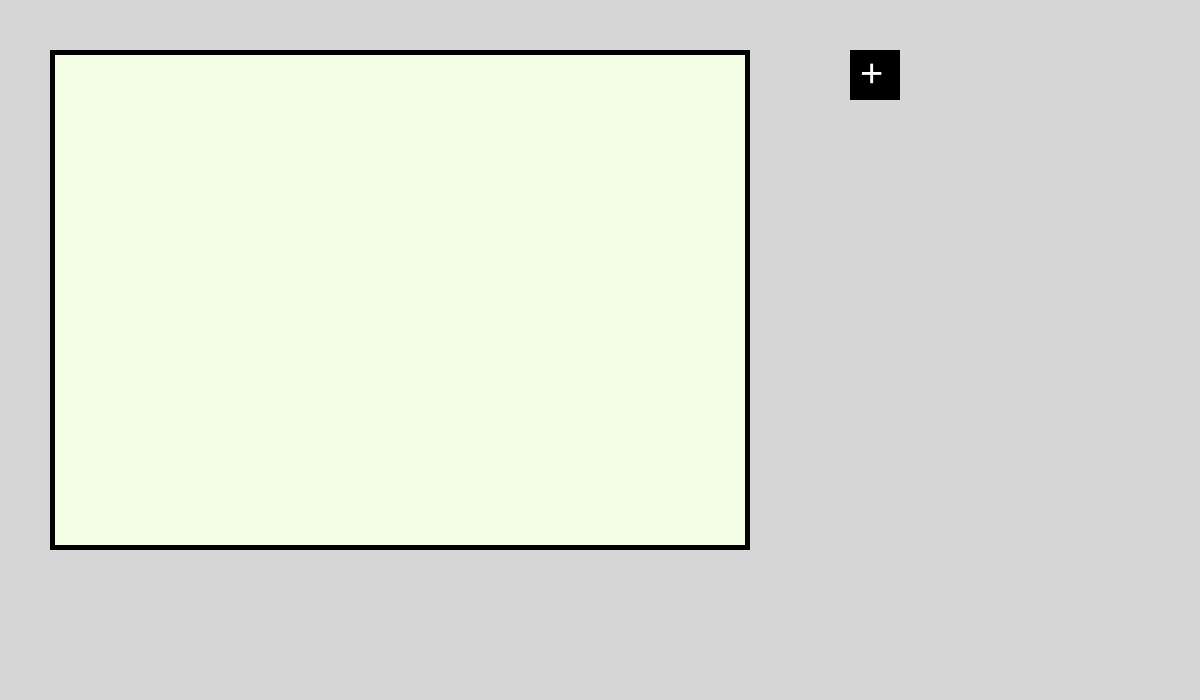
Repository: bachhm-dev/ml-basic
Script's output: python main.py
The author's editor kept a copy of each file at every save. The script's output is drawn from the files as they stood at one save, then again after the next save.
The window is shown after at most 60 frames with no key pressed. A system font it names is replaced by a similar one. Random numbers start from a fixed seed.

Above is the script's output before, as saved 2021-01-08 16:46:33.

After the next save:
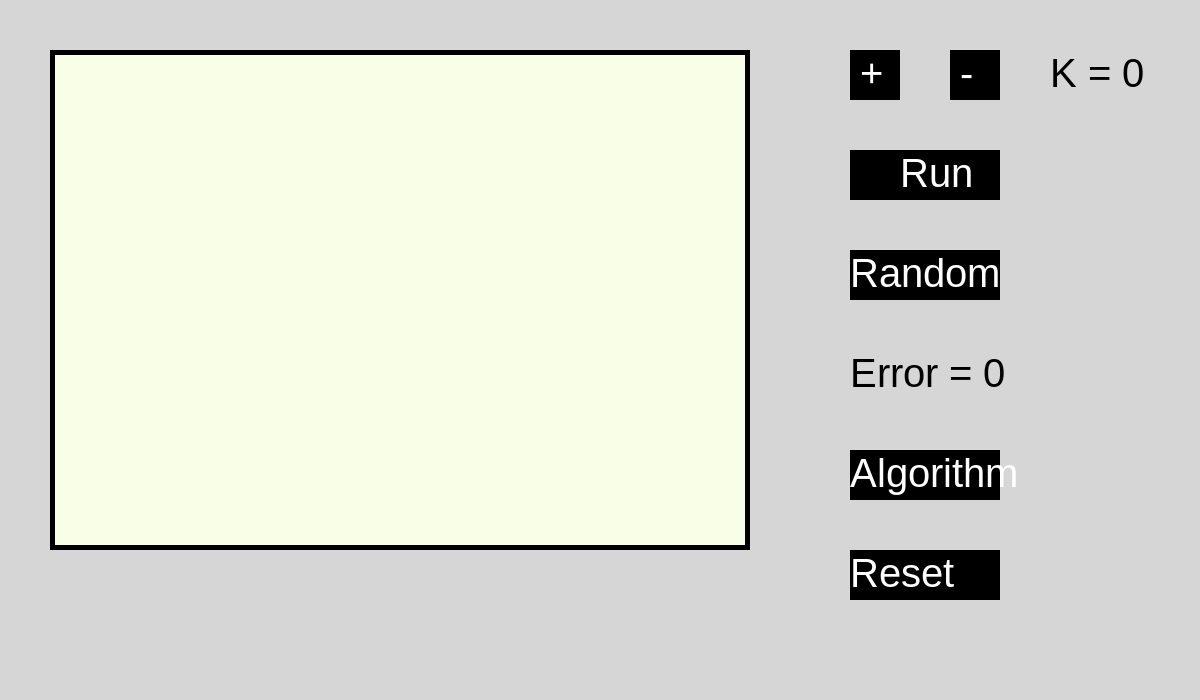
Saved 28 min 12 s later.
--- a/main.py
+++ b/main.py
@@ -4,46 +4,103 @@ pygame.init()
 
 screen = pygame.display.set_mode((1200,700))
 
-pygame.display.set_caption("Kmeans visualization");
+pygame.display.set_caption("kmeans visualization")
 
 running = True
 
-clock = pygame.time.Clock();
+clock = pygame.time.Clock()
 
-BACKGROUND = (214,214,214)
+BACKGROUND = (214, 214, 214)
 BLACK = (0,0,0)
-BACKGROUND_PANEL = (245,255,230)
+BACKGROUND_PANEL = (249, 255, 230)
 WHITE = (255,255,255)
 
 font = pygame.font.SysFont('sans', 40)
 text_plus = font.render('+', True, WHITE)
+text_minus = font.render('-', True, WHITE)
+text_run = font.render("Run", True, WHITE)
+text_random = font.render("Random", True, WHITE)
+text_algorithm = font.render("Algorithm", True, WHITE)
+text_reset = font.render("Reset", True, WHITE)
+
+K = 0
+error = 0
 
 while running:
-    clock.tick(60)
-    screen.fill(BACKGROUND)
-    # Draw interface
-    # Draw panel
+	clock.tick(60)
+	screen.fill(BACKGROUND)
 
-    pygame.draw.rect(screen, BLACK, (50,50,700,500))
-    pygame.draw.rect(screen, BACKGROUND_PANEL, (55,55,690,490))
+	# Draw interface
+	# Draw panel
+	pygame.draw.rect(screen, BLACK, (50,50,700,500))
+	pygame.draw.rect(screen, BACKGROUND_PANEL, (55,55,690,490))
 
-    # K button +
-    pygame.draw.rect(screen, BLACK, (850,50,50,50))
-    screen.blit(text_plus, (860,50))
+	# K button +
+	pygame.draw.rect(screen, BLACK, (850,50,50,50))
+	screen.blit(text_plus, (860,50))
 
-    # End draw interface
+	# K button -
+	pygame.draw.rect(screen, BLACK, (950,50,50,50))
+	screen.blit(text_minus, (960,50))
 
-    mouse_x, mouse_y = pygame.mouse.get_pos()
+	# K value
+	text_k = font.render("K = " + str(K), True, BLACK)
+	screen.blit(text_k, (1050,50))
 
+	# run button
+	pygame.draw.rect(screen, BLACK, (850,150,150,50))
+	screen.blit(text_run, (900,150))
 
-    for event in pygame.event.get():
-        if event.type == pygame.QUIT:
-            running = False
-        if event.type == pygame.MOUSEBUTTONDOWN:
-            # Change K button +
-            if 850 < mouse_x < 900 and 50 < mouse_y < 100:
-                print('k+')
+	# random button
+	pygame.draw.rect(screen, BLACK, (850,250,150,50))
+	screen.blit(text_random, (850,250))
 
-    pygame.display.flip();
+	# Reset button
+	pygame.draw.rect(screen, BLACK, (850,550,150,50))
+	screen.blit(text_reset, (850,550))
+
+	# Algorithm button
+	pygame.draw.rect(screen, BLACK, (850,450,150,50))
+	screen.blit(text_algorithm, (850,450))
+
+	# Error text
+	text_error = font.render("Error = " + str(error), True, BLACK)
+	screen.blit(text_error, (850,350))
+
+	# End draw interface
+	mouse_x, mouse_y = pygame.mouse.get_pos()
+
+	for event in pygame.event.get():
+		if event.type == pygame.QUIT:
+			running = False
+		if event.type == pygame.MOUSEBUTTONDOWN:
+			# Change K button +
+			if 850 < mouse_x < 900 and 50 < mouse_y < 100:
+				K = K+1
+				print("Press K +")
+
+			# Change K button -
+			if 950 < mouse_x < 1000 and 50 < mouse_y < 100:
+				if K > 0:
+					K -= 1
+				print("Press K -")
+
+			# Run button
+			if 850 < mouse_x < 1000 and 150 < mouse_y < 200:
+				print("run pressed")
+
+			# Random button
+			if 850 < mouse_x < 1000 and 250 < mouse_y < 300:
+				print("random pressed")
+
+			# Reset button
+			if 850 < mouse_x < 1000 and 550 < mouse_y < 600:
+				print("reset button pressed")
+
+			# Algorithm
+			if 850 < mouse_x < 1000 and 450 < mouse_y < 500:
+				print("Algorithm button pressed")
+
+	pygame.display.flip()
 
 pygame.quit()
